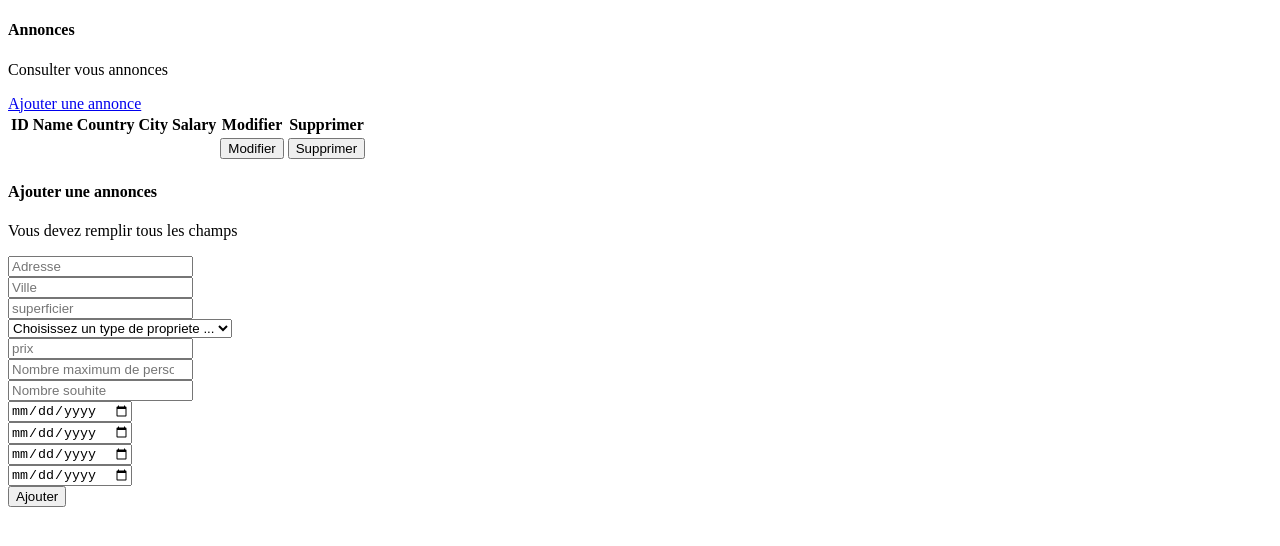
Repository: said-chafouai/E-Colocation-WebApplication
Page: http://localhost/e-colocation/WEB-INF/JSPFiles/Offreur/annonces.jsp
These files come from the project's save history. The page is drawn as it stood at one moment and after the next save; the edit follows.
The browser window is 1280 px wide. The pictures show the whole page.
The page is served by Tomcat 9. Nobody is signed in. Other server files are loaded and not shown. The template is opened directly, without the code that normally fills it, so the values that code supplies are empty.

Above is the page before, as saved 2020-02-03 11:58:20.

### e-colocation/WebContent/WEB-INF/JSPFiles/Offreur/annonces.jsp
<!DOCTYPE html>
<html lang="en">

<head>
    <!--#########################  Head inclusion  ###################################-->

    <c:import url="../include/assets/head.jsp" />

    <!--##############################################################################-->
    <title>
        Material Dashboard by Creative Tim
    </title>
</head>

<body class="">
    <div class="wrapper ">
        <!--#########################  Sidebar inclusion  ###################################-->

        <c:import url="../include/assets/sidebarOffreur.jsp" />

        <!--##############################################################################-->
        <div class="main-panel">
            <!--#########################  Navbar inclusion  ###################################-->

            <c:import url="../include/assets/navbar.jsp" />

            <!--##############################################################################-->
            <div class="content">
                <div class="container-fluid">
                    <div class="row">
                        <div class="col-md-12">
                            <div class="card">
                                <div class="card-header card-header-primary">
                                    <h4 class="card-title">Annonces</h4>
                                    <p class="card-category">Consulter vous annonces</p>
                                </div>
                                <div class="card-body">
                                    <a class="btn btn-success pull-right" href="#ajouterAnnonce">Ajouter une annonce</a>
                                    <div class="table-responsive">
                                        <table class="table table-hover">
                                            <thead class=" text-primary">
                                                <th>
                                                    ID
                                                </th>
                                                <th>
                                                    Name
                                                </th>
                                                <th>
                                                    Country
                                                </th>
                                                <th>
                                                    City
                                                </th>
                                                <th>
                                                    Salary
                                                </th>
                                                <th class="text-warning">Modifier</th>
                                                <th class="text-danger">Supprimer</th>
                                            </thead>
                                            <tbody>
                                                <c:forEach var="propriete" items="${proprietes}">
                                                    <tr>
                                                        <td>
                                                            ${propriete.addresse}
                                                        </td>
                                                        <td>
                                                        ${propriete.ville}
                                                        </td>

                                                        <td>
                                                        ${propriete.superficie}
                                                        </td>
                                                        <td>
                                                        ${propriete.type}
                                                        </td>
                                                        <td>
                                                        ${propriete.prix}
                                                        </td>
                                                        <td>
                                                            <button class="btn btn-warning" onClick="modifierAnnonce( ${propriete.id})">Modifier</button>
                                                        </td>
                                                        <td>
                                                            <button class="btn btn-danger" onClick="suprimerAnnonce(${propriete.id})">Supprimer</button>
                                                        </td>
                                                    </tr>
                                                </c:forEach>
                                            </tbody>
                                        </table>
                                    </div>
                                </div>
                            </div>
                        </div>
                    </div>

                    <div class="row" id="ajouterAnnonce">
                        <div class="col-md-8">
                            <div class="card">
                                <div class="card-header card-header-primary">
                                    <h4 class="card-title">Ajouter une annonces</h4>
                                    <p class="card-category">Vous devez remplir tous les champs</p>
                                </div>
                                <div class="card-body">
                                    <div id="success"></div>
                                  	<form  action="O_Annonces" enctype="multipart/form-data" method="post">
	                                    <div class="form-group">
	                                        <input type="text" id="adresse" placeholder="Adresse" class="form-control" required>
	                                    </div>

	                                    <div class="form-group">
	                                        <input type="text" id="ville" placeholder="Ville" class="form-control" required>
	                                    </div>

	                                    <div class="form-group">
	                                        <input type="number" id="superficie" placeholder="superficier" class="form-control" required>
	                                    </div>

	                                    <div class="form-group">
	                                        <select id="type" class="form-control" required>
	                                            <option>Choisissez un type de propriete ...</option>
	                                            <option>type 1</option>
	                                            <option>type 2</option>
	                                            <option>type 3</option>
	                                        </select>
	                                    </div>
	                                    <div class="form-group">
	                                        <input type="Number" class="form-control" placeholder="prix" id="prix" required>
	                                    </div>
	                                    <div class="form-group">
	                                        <input type="number" class="form-control" placeholder="Nombre maximum de personne" id="nbMax" required>
	                                    </div>
	                                    <div class="form-group">
	                                        <input type="number" class="form-control" placeholder="Nombre souhite" id="nbSouhaite" required>
	                                    </div>
	                                    <div class="form-group">
	                                        <input type="date" class="form-control" placeholder="date de disponible" id="disponibilite" required>
	                                    </div>
	                                     <div class="form-group">
	                                        <input type="date" class="form-control" placeholder="date de disponible" id="photo1" required>
	                                    </div>
	                                     <div class="form-group">
	                                        <input type="date" class="form-control" placeholder="date de disponible" id="photo2" required>
	                                    </div>
	                                     <div class="form-group">
	                                        <input type="date" class="form-control" placeholder="date de disponible" id="photo3" required>
	                                    </div>
	                                    <div class="form-group">
	                                        <input type="submit" class="btn btn-primary pull-right"value="Ajouter">
	                                    </div>
                                	</form>
                                </div>
                            </div>
                        </div>
                    </div>
                </div>
            </div>
            <!--#########################  footer inclusion  ###################################-->

            <c:import url="../include/assets/footer.jsp" />

            <!--##############################################################################-->
        </div>
    </div>
    <!--#########################  Plugin inclusion  ###################################-->

    <!-- <c:import url="../include/assets/plugin.jsp"/>  -->

    <!--##############################################################################-->

    <!--#########################  JS lib inclusion  ###################################-->

    <c:import url="../include/assets/js.jsp" />

    <!--##############################################################################-->


</body>

</html>

After the next save:
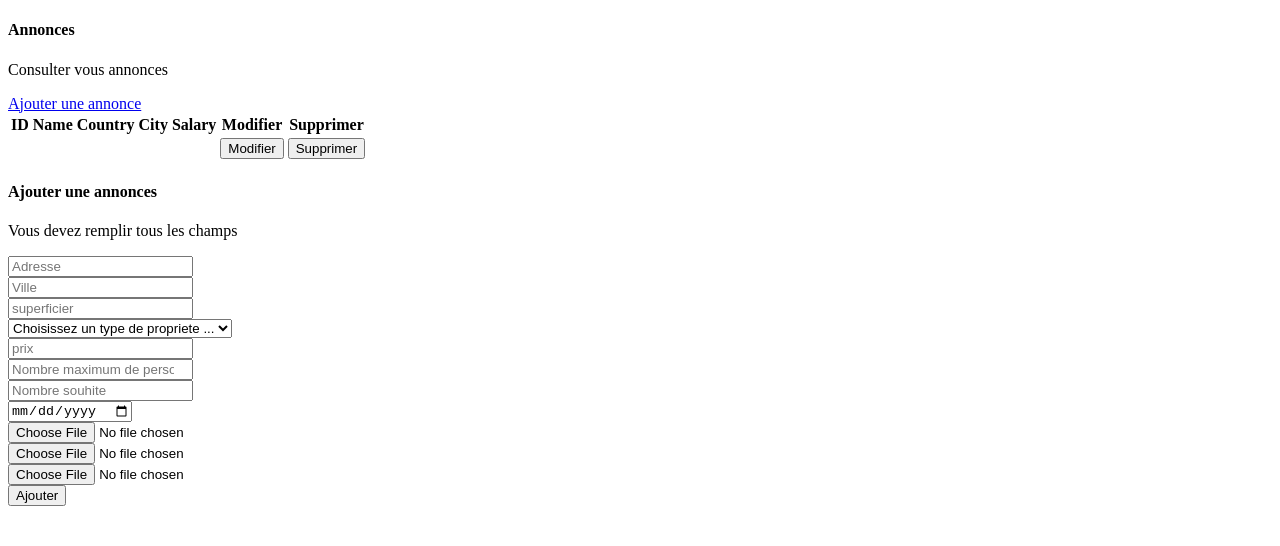
Saved 4 min 50 s later.
--- a/e-colocation/WebContent/WEB-INF/JSPFiles/Offreur/annonces.jsp
+++ b/e-colocation/WebContent/WEB-INF/JSPFiles/Offreur/annonces.jsp
@@ -135,13 +135,13 @@
 	                                        <input type="date" class="form-control" placeholder="date de disponible" id="disponibilite" required>
 	                                    </div>
 	                                     <div class="form-group">
-	                                        <input type="date" class="form-control" placeholder="date de disponible" id="photo1" required>
+	                                        <input type="file" class="form-control" placeholder="date de disponible" id="photo1" required>
 	                                    </div>
 	                                     <div class="form-group">
-	                                        <input type="date" class="form-control" placeholder="date de disponible" id="photo2" required>
+	                                        <input type="file" class="form-control" placeholder="date de disponible" id="photo2" required>
 	                                    </div>
 	                                     <div class="form-group">
-	                                        <input type="date" class="form-control" placeholder="date de disponible" id="photo3" required>
+	                                        <input type="file" class="form-control" placeholder="date de disponible" id="photo3" required>
 	                                    </div>
 	                                    <div class="form-group">
 	                                        <input type="submit" class="btn btn-primary pull-right"value="Ajouter">
